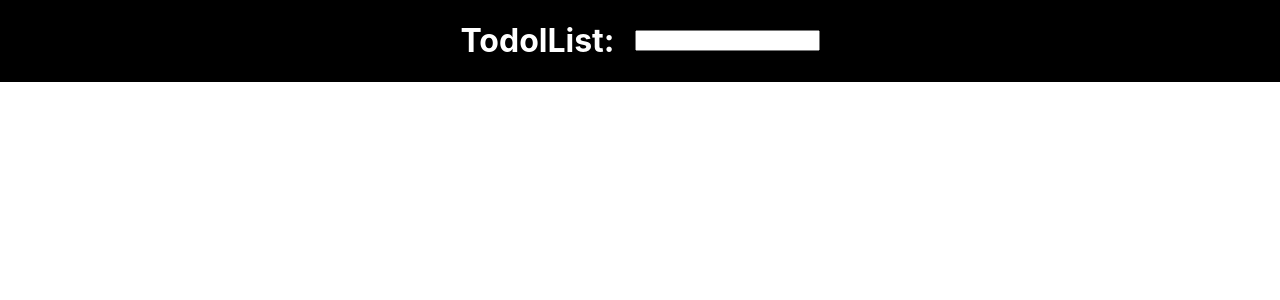
Repository: zhenzhen-gong/react-learning
Page: /content/01
An editor plug-in stored every save of this project. The page is shown before and after the next save, followed by the edit.
The browser window is 1280 px wide. The pictures show the whole page.
The project was rebuilt for these pictures with package versions that can differ from the ones it lists, and the page was loaded fresh each time.

Above is the page before, as saved 2021-04-16 17:23:29.

### src/index.js
import React from 'react';
import ReactDOM from 'react-dom';
import './index.css';
import TodolList from './component/todolList/todolList';
import reportWebVitals from './reportWebVitals';

ReactDOM.render(
    <TodolList />,
  document.getElementById('root')
);

// If you want to start measuring performance in your app, pass a function
// to log results (for example: reportWebVitals(console.log))
// or send to an analytics endpoint. Learn more: https://bit.ly/CRA-vitals
reportWebVitals();

### src/component/todolList/todolList.js
import React, {Component} from 'react'

import './todolList.css'

class TodolList extends Component {
    constructor(props) {
        super(props)
        this.state = {
            itemList: []
        }
    }

    render() {
        return (
            <div>
                <div className="title">
                <h1>TodolList: </h1>
                <input type='text'/>
                </div>


            </div>
        )
    }
}

export default TodolList

### src/component/todolList/todolList.css
.title {
    background-color: black;
    display: flex;
    align-items: center;
    justify-content: center;
}
.title h1 {
    color: #fff;
    margin-right: 20px;
}

Loaded but not shown: public/index.html (common file); src/index.css (common file); src/reportWebVitals.js (common file)

After the next save:
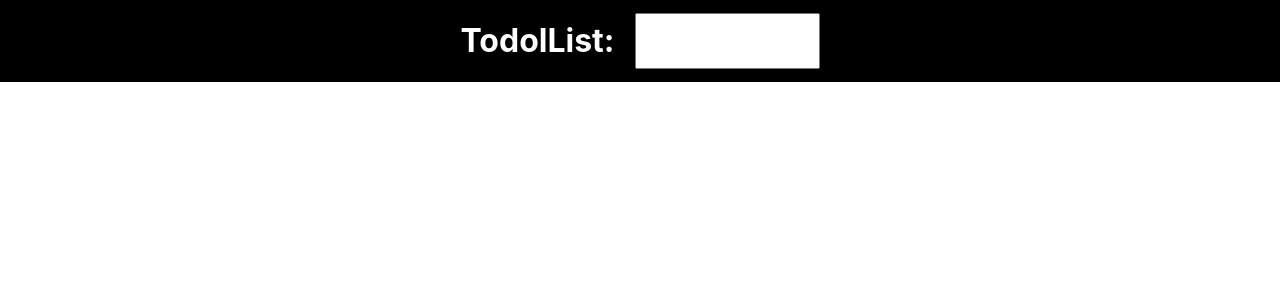
Saved 33 s later.
--- a/src/component/todolList/todolList.css
+++ b/src/component/todolList/todolList.css
@@ -8,3 +8,6 @@
     color: #fff;
     margin-right: 20px;
 }
+.title input {
+    height: 50px;
+}
